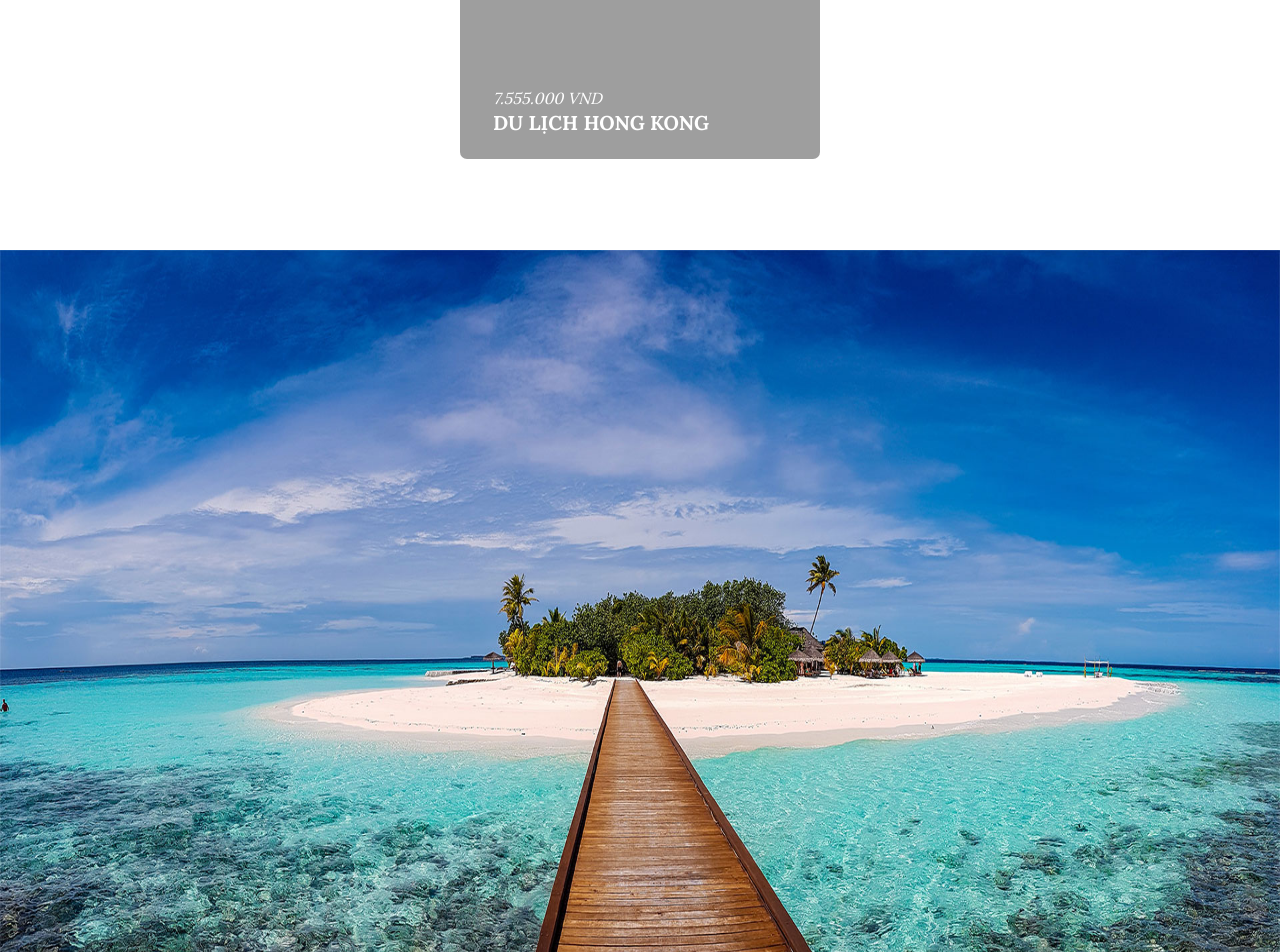
Repository: tuan842001/demotest
Page: /
These files come from the project's save history. The page is drawn as it stood at one moment and after the next save; the edit follows.
The browser window is 1280 px wide. The pictures show the part of the page from y = 1457 to 2409 px (the page is 2926 px tall).
Pictures or frames that could not be fetched are drawn as grey boxes. The project was rebuilt for these pictures with package versions that can differ from the ones it lists, and the page was loaded fresh each time. Also part of the build but not shown: src/pages/intour/Intour.jsx.

Above is the page before, as saved 2021-10-14 00:11:48.

### public/index.html
<!DOCTYPE html>
<html lang="en">
  <head>
    <meta charset="utf-8" />
    <link rel="icon" href="%PUBLIC_URL%/favicon.ico" />
    <meta name="viewport" content="width=device-width, initial-scale=1" />
    <meta name="theme-color" content="#000000" />
    <meta name="description" content="Web site created using create-react-app"/>
    <link href="https://fonts.googleapis.com/css2?family=Lora:wght@400;500;600;700&display=swap" rel="stylesheet">
    <link rel="stylesheet" href="https://cdnjs.cloudflare.com/ajax/libs/font-awesome/6.0.0-beta2/css/all.min.css" integrity="sha512-YWzhKL2whUzgiheMoBFwW8CKV4qpHQAEuvilg9FAn5VJUDwKZZxkJNuGM4XkWuk94WCrrwslk8yWNGmY1EduTA==" crossorigin="anonymous" referrerpolicy="no-referrer" />
    <style>
      * {
        margin: 0;
      }
    </style>
    <title>Aveiro Travel</title>
  </head>
  <body>
    <noscript>You need to enable JavaScript to run this app.</noscript>
    <div id="root"></div>
  </body>
</html>

### src/App.js
import Home from './pages/home/Home';
import Intour from './pages/intour/Intour';
import TopBar from './components/topbar/TopBar';

function App() {
  return (
    <>
      <TopBar/>
      <Home/>
    </>
  );
}

export default App;

### src/pages/home/Home.jsx
import Header from "../../components/header/Header";
import Posts from "../../components/posts/Posts";
import Bottombar from "../../components/bottombar/Bottombar";
import "./home.css";

export default function Home() {
  return (
    <>
      <Header />
      <div className="home">
        <Posts />
      </div>
      <div className="last">
        <img className="lastImg" src="./assets/images/last.jpg" alt="" />
      </div>
      <Bottombar />
    </>
  );
}

### src/components/topbar/TopBar.jsx
import React from "react";
import "./topbar.css";

export default function TopBar() {
  return (
    <div className="top">
      <div className="topLeft">
        <img
          className="topImg"
          src="./assets/images/logoAveiroTravel.png"
          alt=""
        />
      </div>
      <div className="topCenter">
        <ul className="topList">
          <li className="topListItem">Trang Chủ</li>
          <li className="topListItem">Du lịch trong nước</li>
          <li className="topListItem">Du lịch nước ngoài</li>
          <li className="topListItem">Tin tức</li>
          <li className="topListItem">Liên hệ</li>
        </ul>
      </div>
      <div className="topRight">
        <i className="topSearchIcon fas fa-search"></i>
      </div>
    </div>
  );
}

### src/components/header/Header.jsx
import "./header.css";

export default function Header() {
  return (
    <div className="header">
      <div className="headerTitles">
        <span className="headerTitleSm">Take Your Next Trip with</span>
        <span className="headerTitleLg">Aveiro Travel</span>
      </div>
      <img
        className="headerTitImg"
        src="https://scontent.fhan2-1.fna.fbcdn.net/v/t31.18172-8/18836975_1742898855739770_2923034198161573841_o.jpg?_nc_cat=102&ccb=1-5&_nc_sid=e3f864&_nc_ohc=TAHD6liDrAwAX-xH0UD&_nc_oc=AQn9mgeMG2G9nJF3b1xnjH0Gy_GTukwdc_nespOYO40Gl4rFWr8DY_8unS_38Y_LJyo&tn=F0DuRFl6wdbl0pBM&_nc_ht=scontent.fhan2-1.fna&oh=aa71ee572dc3106708f34593a43ac2f4&oe=618D623E"
        alt=""
      />
    </div>
  );
}

### src/components/posts/Posts.jsx
import Post from "../post/Post";
import IntourPost from "../intourPost/IntourPost";
import "./posts.css";

export default function Posts() {
  return (
    <div className="posts">
      <IntourPost />
      <Post />
      <Post />
      <Post />
      <Post />
      <Post />
      <Post />
    </div>
  );
}

### src/components/bottombar/Bottombar.jsx
import "./bottombar.css";

export default function Bottombar() {
  return (
    <div className="bottombar">
      <div className="bottomLeft">
        <span className="bottomTitle">LIÊN HỆ</span>
        <span className="bottomText">Aveiro Travel</span>
        <span className="bottomText">Đường Z115 - xã Quyết Thắng</span>
        <span className="bottomText">TP. Thái Nguyên – tỉnh Thái Nguyên</span>
      </div>
      <div className="bottomCenter">
        <span className="bottomText">Phone: 0966245700</span>
        <span className="bottomText">Email: Averirotravel@gmail.com</span>
        <span className="bottomText">
          Liên hệ với chúng tôi <i></i>
        </span>
        <div className="bottomItem">
          <i className="bottomIcon fab fa-facebook-f"></i>
          <i className="bottomIcon fab fa-instagram"></i>
          <i className="bottomIcon fab fa-youtube"></i>
        </div>
      </div>
      <div className="bottomRight">
        <span className="bottomText">Đăng ký để nhận những tour mới nhất</span>
        <div className="bottomSubscribe">
          <input
            type="email"
            id="bottom_input"
            className="bottom_input"
            placeholder="Email của bạn"
          />
          <button type="submit" id="bottom_button" class="bottom_button">
            Đăng ký
          </button>
        </div>
      </div>
    </div>
  );
}

### src/pages/home/home.css
.home{
    display: flex;
}
.lastImg{
    width: 100%;
    height: 915px;
}

### src/components/intourPost/IntourPost.jsx
import "./intourPost.css";

export default function IntourPost() {
  return (
    <div className="intourPost">
      <img
        className="postImg"
        src="http://localhost/halotrip/view/images/tour/Hollywood-Walk-of-Fame_220247812.jpg"
        alt=""
      />
      <div className="postInfo">
        <span className="postPrice">7.555.000 VND</span>

        <span className="postTitle">DU LỊCH HONG KONG</span>
      </div>
    </div>
  );
}

### src/components/topbar/topbar.css
.top{
    width: 100%;
    height: 90px;
    background-color: #f9f9f9;
    position: sticky;
    top: 0;
    display: flex;
    align-items: center;
    font-family: 'Lora', serif;
    color: #666;
    z-index: 999;
}

.topLeft{
    flex: 2;
    display: flex;
    align-items: center;
    justify-content: center;
}
.topCenter{
    flex: 8;
}
.topRight{
    flex: 1;
    display: flex;
    align-items: center;
    justify-content: center;
}
.topImg{
    width: 140px;
    height: 140px;
    object-fit: cover;
}
.topList{
    display: flex;
    justify-content: end;
    margin: 0;
    padding: 0;
    list-style: none;
}
.topListItem{
    margin-right: 40px;
    font-size: 20px;
    font-weight: 400;
    cursor: pointer;
}
.topSearchIcon{
    font-size: 25px;
    color: #666;
    cursor: pointer;
}

### src/components/header/header.css

.headerTitles{
    display: flex;
    flex-direction: column;
    align-items: center;
    font-family: 'Lora', serif;
    color: #fff;
}
.headerTitleSm{
    position: absolute;
    top: 20%;
    font-size: 80px;
}
.headerTitleLg{
    position: absolute;
    top: 30%;
    font-size: 80px;
}
.headerTitImg{
    width: 100%;
    height: 500px;
    object-fit: cover;
}

### src/components/post/Post.jsx
import "./post.css";
export default function Post() {
  return (
    <div className="post">
      <img
        className="postImg"
        src="http://localhost/halotrip/view/images/tour/Hollywood-Walk-of-Fame_220247812.jpg"
        alt=""
      />
      <div className="postInfo">
        <span className="postPrice">7.555.000 VND</span>

        <span className="postTitle">DU LỊCH HONG KONG</span>
      </div>
    </div>
  );
}

### src/components/posts/posts.css
.posts {
    padding-top: 120px;
    display: flex;
    flex-wrap: wrap;
    align-items: center;
    justify-content: center;
    width: 100%;
    padding-right: 15px;
    padding-left: 15px;
    margin-right: auto;
    margin-left: auto;
}

### src/components/bottombar/bottombar.css
.bottombar{
    width: 100%;
    height: 300px;
    background-color: #080d1d;
    display: flex;
    align-items: center;
    font-family: 'Lora', serif;
    color: #fff;
    font-size: 18px;
}
.bottomLeft, .bottomCenter {
    flex: 3;
    display: flex;
    flex-direction: column;
    justify-content: center;
    margin-left: 74px;
}

.bottomRight{
    flex: 4;
    display: flex;
    flex-direction: column;
    justify-content: center;
}
.bottomTitle{
    font-size: 25px;
    font-weight: 700;
    margin-bottom: 25px;
}
.bottomText{
    margin-bottom: 10px;
}
.bottomIcon{
    font-size: 35px;
    margin-top: 15px;
    margin-right: 50px;
    cursor: pointer;
}
.bottomSubscribe{
    display: flex;
    margin-top: 20px;
}
.bottom_input{
    width: calc(65% - 100px);
    height: 56px;
    border: solid 2px rgba(255,255,255,0.5);
    outline: none;
    background: transparent;
    padding-left: 31px;
    color: #FFFFFF;
}
.bottom_button{
    width: 161px;
    height: 62px;
    vertical-align: top;
    cursor: pointer;
    border: none;
    outline: none;
    background: #fe364a;
    color: #FFFFFF;
    font-size: 16px;
    margin-left: 20px;
    font-weight: 500;
    -webkit-transition: all 200ms ease;
    -moz-transition: all 200ms ease;
    -ms-transition: all 200ms ease;
    -o-transition: all 200ms ease;
    transition: all 200ms ease;
}

### src/components/intourPost/intourPost.css
.intourPost {
    width: 360px;
    margin: 0px 25px 40px 25px;
    cursor: pointer;
    position: relative;
}
.postImg{
    width: 100%;
    height: 240px;
    object-fit: cover;
    border-radius: 7px;
}
.postInfo{
    display: flex;
    flex-direction: column;
    left: 33px;
    bottom: 75px;
    color: #fff;
}
.post div {
    position: relative;
    box-sizing: border-box;
}
.postTitle{
    font-family: 'Lora', serif;
    font-size: 20px;
    font-weight: 700;
    margin-top: 2px;
}
.postPrice{
    font-family: 'Lora', serif;
    font-style: italic;
}

### src/components/post/post.css
.post {
    width: 360px;
    margin: 0px 25px 40px 25px;
    cursor: pointer;
    position: relative;

}
.postImg{
    width: 100%;
    height: 240px;
    object-fit: cover;
    border-radius: 7px;
}
.postInfo{
    display: flex;
    flex-direction: column;
    left: 33px;
    bottom: 75px;
    color: #fff;
}
.post div {
    position: relative;
    box-sizing: border-box;
}
.postTitle{
    font-family: 'Lora', serif;
    font-size: 20px;
    font-weight: 700;
    margin-top: 2px;
}
.postPrice{
    font-family: 'Lora', serif;
    font-style: italic;
}

Loaded but not shown: src/index.js (common file); src/pages/intour/intour.css (no stored copy; drawn as an empty file)

After the next save:
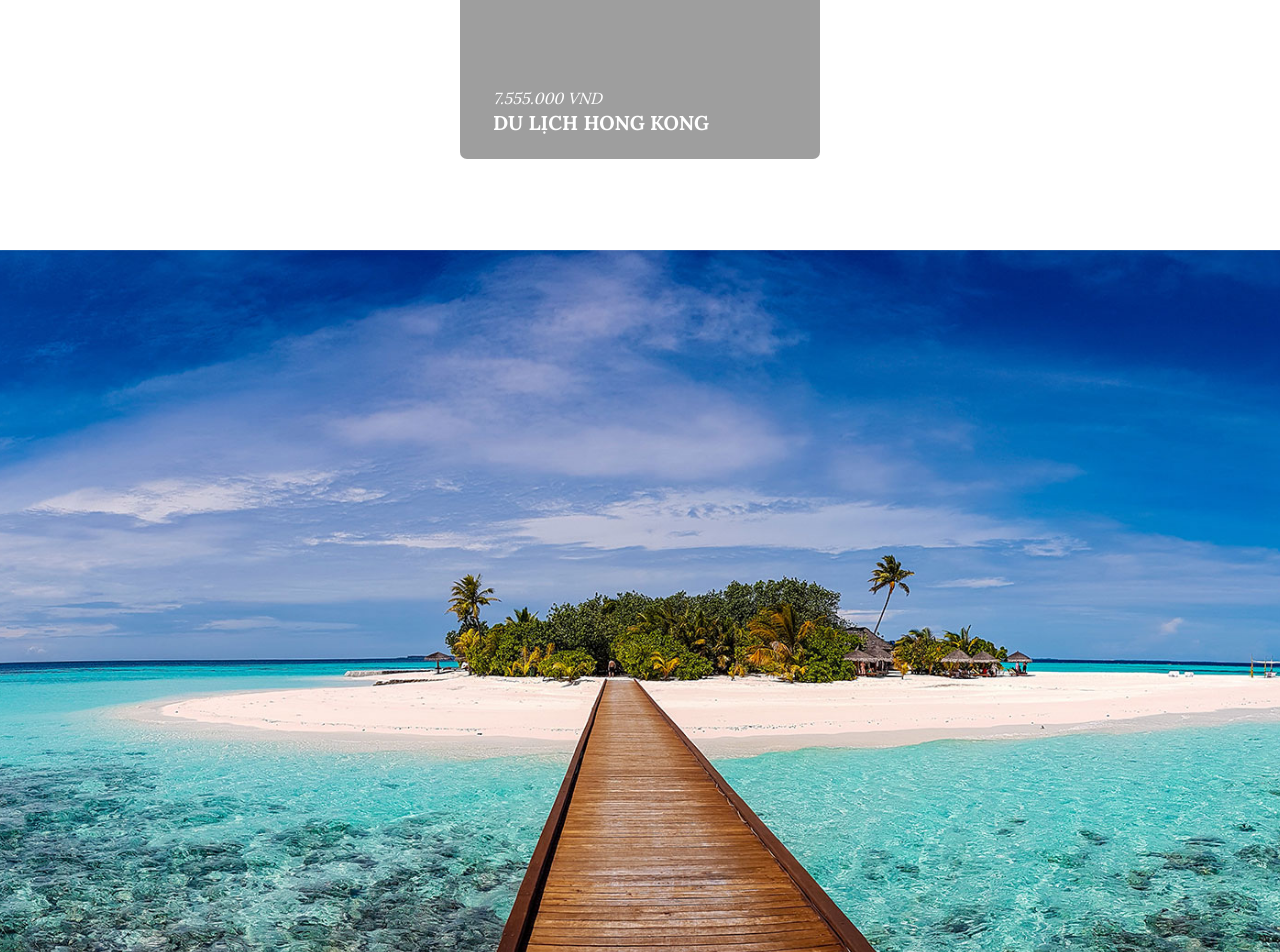
Saved 12 s later.
--- a/src/pages/home/home.css
+++ b/src/pages/home/home.css
@@ -4,4 +4,5 @@
 .lastImg{
     width: 100%;
     height: 915px;
+    object-fit: cover;
 }
